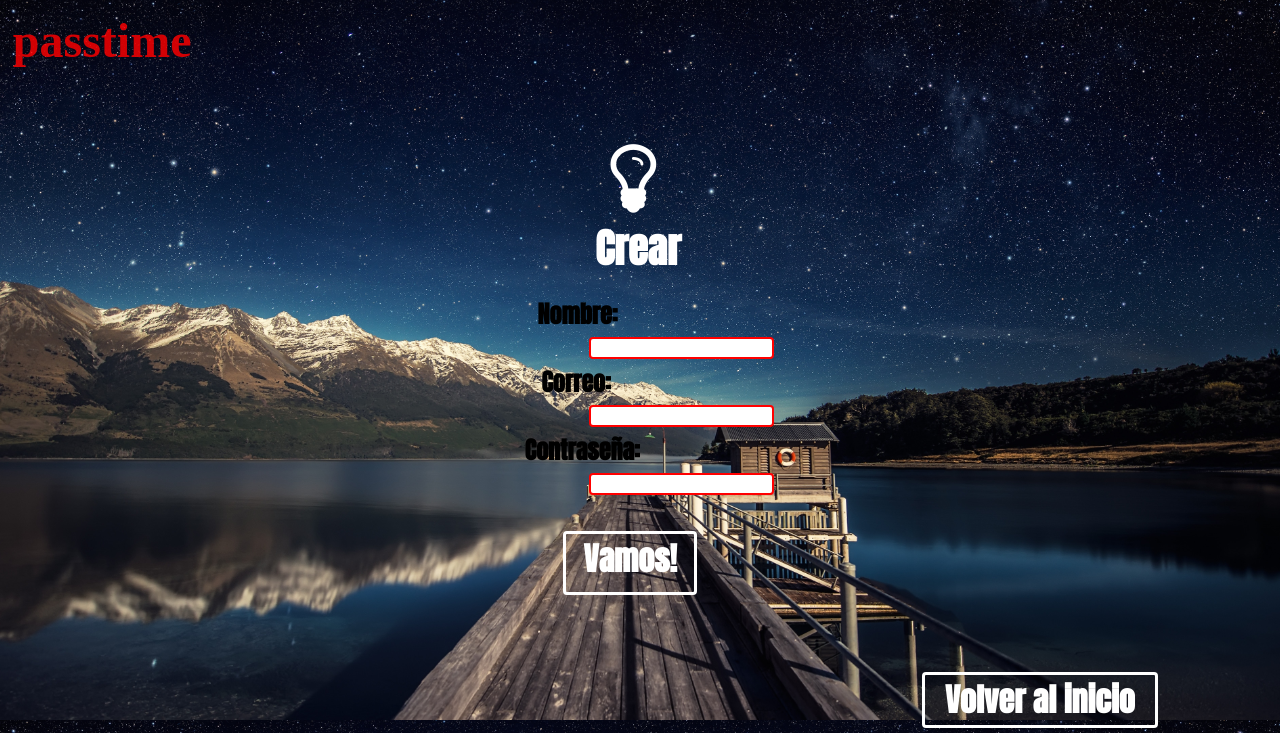
Repository: PassTimeOp/passtimeop.github.io
Page: signup.html
The author's editor kept a record of every edit. The page is drawn from the files as they stood at one moment, then again after the next edit.
The browser window is 1280 px wide. The pictures show the whole page.
Backgrounds fixed to the window are drawn as part of the page. Some web fonts or font styles are not loaded; a fallback is used.

Above is the page before.

After the next edit:
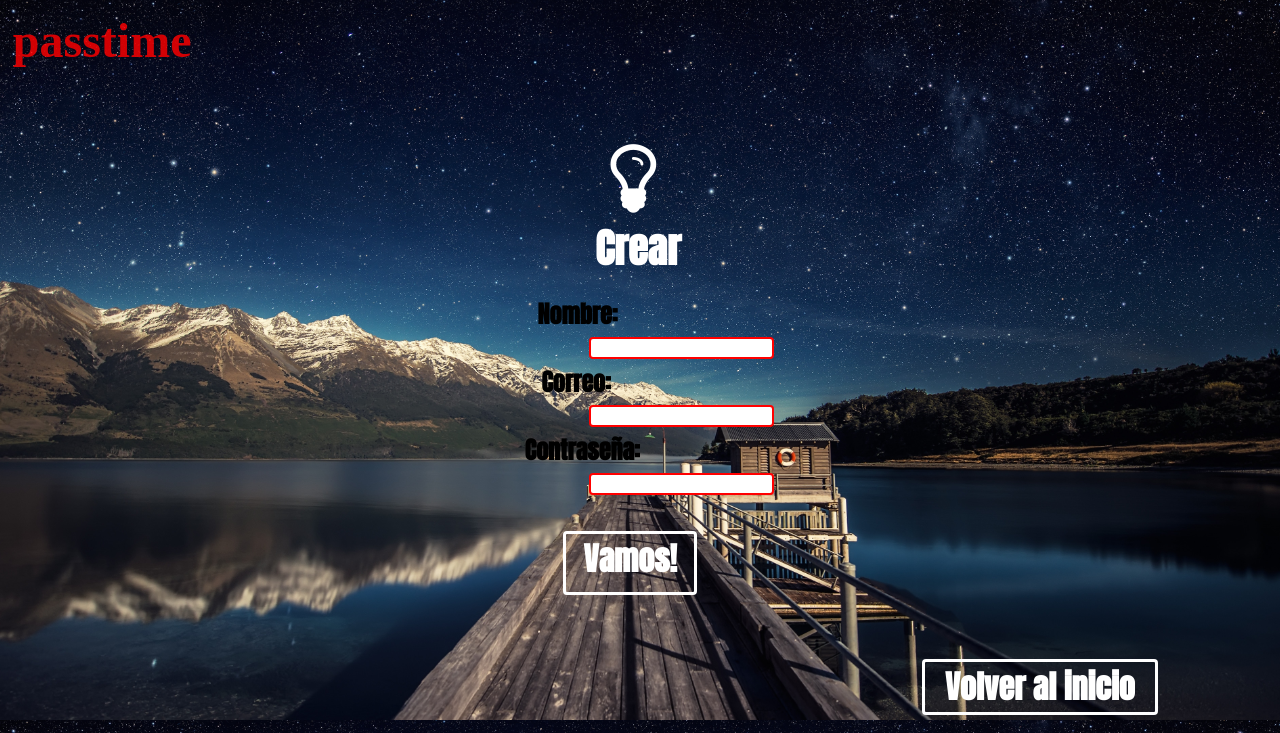
The edit:
--- a/signupStyle.css
+++ b/signupStyle.css
@@ -99,6 +99,6 @@
 #volver {
   width: 18%;
   height: 7%;
-  margin: 6% 0% 0% 72%;
+  margin: 5% 0% 0% 72%;
   display: block;
 }
